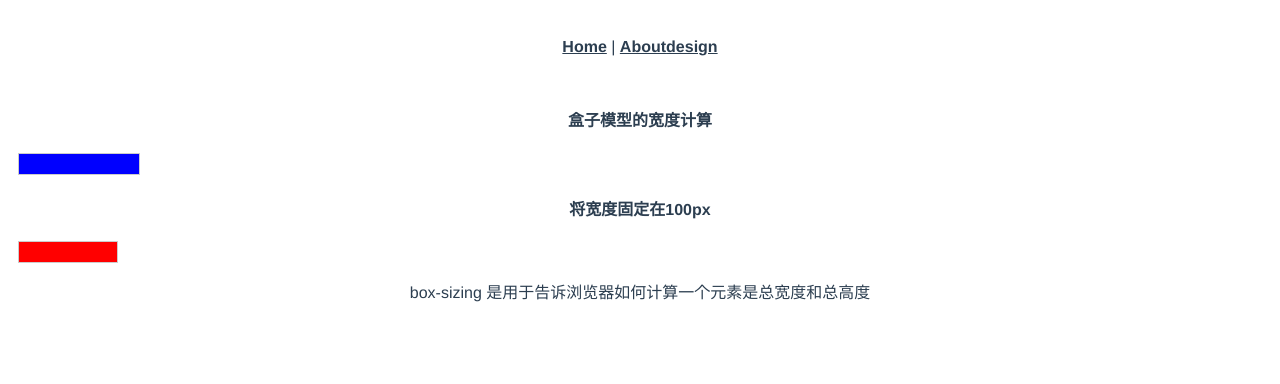
Repository: 1025215705/design
Page: /layout/1 (app in vue-ts/)
The author's editor kept a copy of each file at every save. The page is drawn from the files as they stood at one save, then again after the next save.
The browser window is 1280 px wide. The pictures show the whole page.
The project was rebuilt for these pictures with package versions that can differ from the ones it lists, and the page was loaded fresh each time. Also part of the build but not shown: vue-ts/src/components/HelloWorld.vue, vue-ts/src/views/Home.vue, vue-ts/src/practice/design/adaptee.ts, vue-ts/src/practice/design/decorator.ts, vue-ts/src/practice/design/observer.ts, vue-ts/src/practice/design/proxy.ts, vue-ts/src/practice/design/singletonLogin.ts, vue-ts/src/practice/design/userFactory.ts and 3 more.

Above is the page before, as saved 2020-12-11 11:39:14.

### vue-ts/src/main.ts
import Vue from 'vue'
import App from './App.vue'
import router from './router'
import store from './store'
import ElementUI from 'element-ui'
import 'element-ui/lib/theme-chalk/index.css'
Vue.config.productionTip = false
Vue.use(ElementUI);
new Vue({
  router,
  store,
  render: h => h(App)
}).$mount('#app')

### vue-ts/src/App.vue
<template>
  <div id="app">
    <div id="nav">
      <router-link to="/">Home</router-link> |
      <router-link to="/about">About</router-link>
      <router-link to="/design">design</router-link>
    </div>
    <router-view/>
  </div>
</template>

<style lang="scss">
#app {
  font-family: Avenir, Helvetica, Arial, sans-serif;
  -webkit-font-smoothing: antialiased;
  -moz-osx-font-smoothing: grayscale;
  text-align: center;
  color: #2c3e50;
}

#nav {
  padding: 30px;

  a {
    font-weight: bold;
    color: #2c3e50;

    &.router-link-exact-active {
      color: #42b983;
    }
  }
}
</style>

### vue-ts/src/router/index.ts
import Vue from 'vue'
import VueRouter, { RouteConfig } from 'vue-router'
import Home from '../views/Home.vue'
import design from "../practice/design/index.vue"
import class2To10 from "../practice/class/class2To10.vue"
import  class11To20 from "../practice/class/class11To20.vue"
import css from "../practice/layout/css.vue";
Vue.use(VueRouter)

const routes: Array<RouteConfig> = [
  {
    path: '/',
    name: 'Home',
    component: Home
  },
  {
    path: '/about',
    name: 'About',
    // route level code-splitting
    // this generates a separate chunk (about.[hash].js) for this route
    // which is lazy-loaded when the route is visited.
    component: () => import(/* webpackChunkName: "about" */ '../views/About.vue')
  },
  {
    path: '/design',
    name: 'design',
    // route level code-splitting
    // this generates a separate chunk (about.[hash].js) for this route
    // which is lazy-loaded when the route is visited.
    component: design
  },
  {
    path: '/class/2',
    name: 'class2To10',
    // route level code-splitting
    // this generates a separate chunk (about.[hash].js) for this route
    // which is lazy-loaded when the route is visited.
    component: class2To10
  },
  {
    path: '/class/3',
    name: 'class11To20',
    // route level code-splitting
    // this generates a separate chunk (about.[hash].js) for this route
    // which is lazy-loaded when the route is visited.
    component: class11To20
  },
  {
      path:"/layout/1",
      name:"1",
      component: css
  }
]

const router = new VueRouter({
  mode: 'history',
  base: process.env.BASE_URL,
  routes
})

export default router

### vue-ts/src/practice/layout/css.vue
<template>
<div>
    <h4>盒子模型的宽度计算</h4>
    <div class="box">

    </div>
     <h4>将宽度固定在100px</h4>
    <div class="box2">

    </div>
    <p>
        box-sizing 是用于告诉浏览器如何计算一个元素是总宽度和总高度
    </p>
</div>
</template>
<script>
export default {

}
</script>
<style scoped>
.box{
    width:100px;
    padding:10px;
    border:1px solid #ccc;
    margin:10px;
    background-color: blue;
}
.box2{
    width:100px;
    padding:10px;
    border:1px solid #ccc;
    margin:10px;
    background-color: red;
    box-sizing: border-box;
}
</style>

Loaded but not shown: vue-ts/public/index.html (common file); vue-ts/src/store/index.ts (common file)

After the next save:
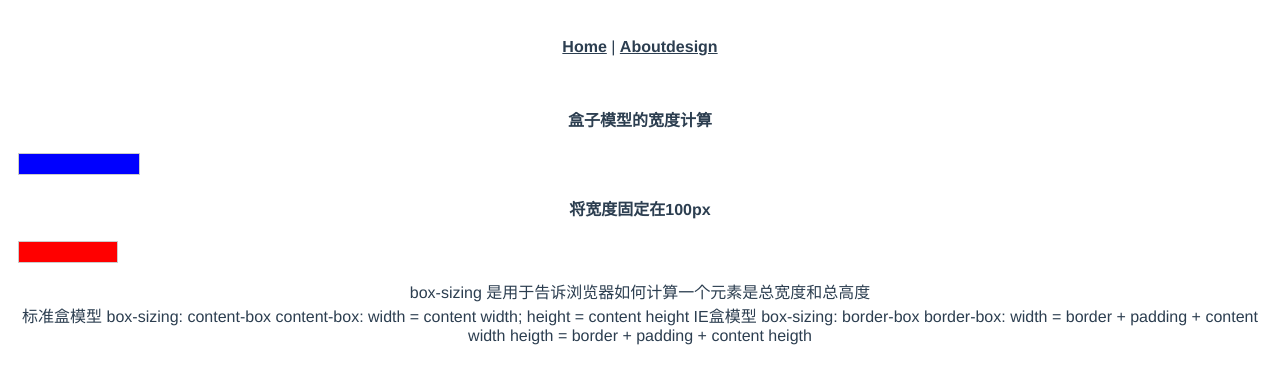
Saved 49 s later.
--- a/vue-ts/src/practice/layout/css.vue
+++ b/vue-ts/src/practice/layout/css.vue
@@ -9,8 +9,18 @@
 
     </div>
     <p>
-        box-sizing 是用于告诉浏览器如何计算一个元素是总宽度和总高度
+        box-sizing 是用于告诉浏览器如何计算一个元素是总宽度和总高度<br>
+        标准盒模型 box-sizing: content-box
+content-box:
+width = content width;
+height = content height
+IE盒模型 box-sizing: border-box
+border-box:
+width = border + padding + content width
+heigth = border + padding + content heigth
+
     </p>
+
 </div>
 </template>
 <script>
